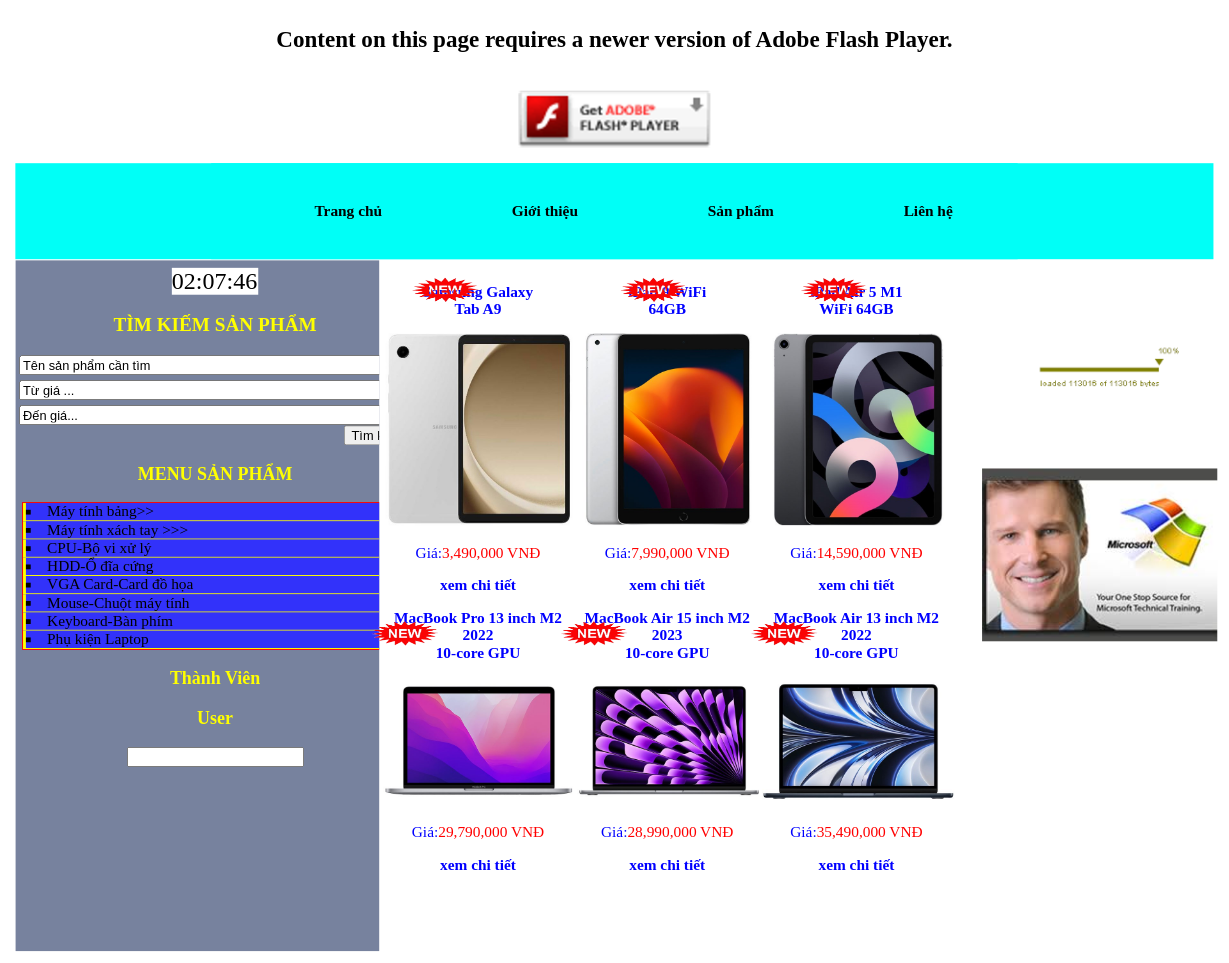
Repository: Tan-Khang21/TH_TKW--Buoi_03
Page: BT_ve_nha/Bai_1/frame.html
These files come from the project's save history. The page is drawn as it stood at one moment and after the next save; the edit follows.
The browser window is 1280 px wide. The pictures show the whole page, at 96% of full size.

Above is the page before, as saved 2024-03-03 20:29:46.

After the next save:
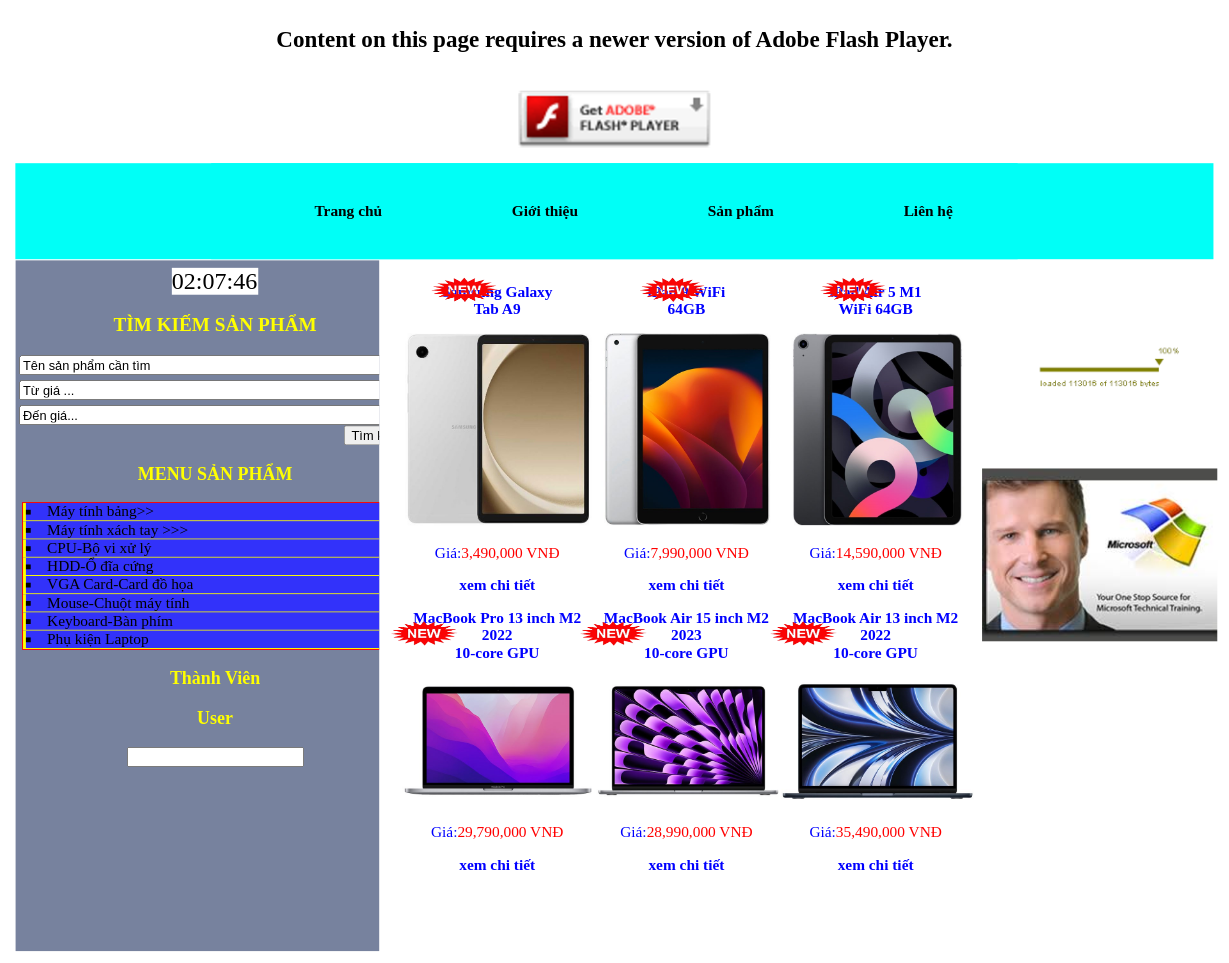
Saved 17 s later.
--- a/BT_ve_nha/Bai_1/frame.html
+++ b/BT_ve_nha/Bai_1/frame.html
@@ -29,7 +29,7 @@
         <iframe
           src="mid.html"
           frameborder="0"
-          style="width: 50%; height: 100vh; box-sizing: border-box; margin-left: -20px;"
+          style="width: 50%; height: 100vh; box-sizing: border-box; margin-right: -20px;"
           scrolling="no"
         ></iframe>
         <iframe
